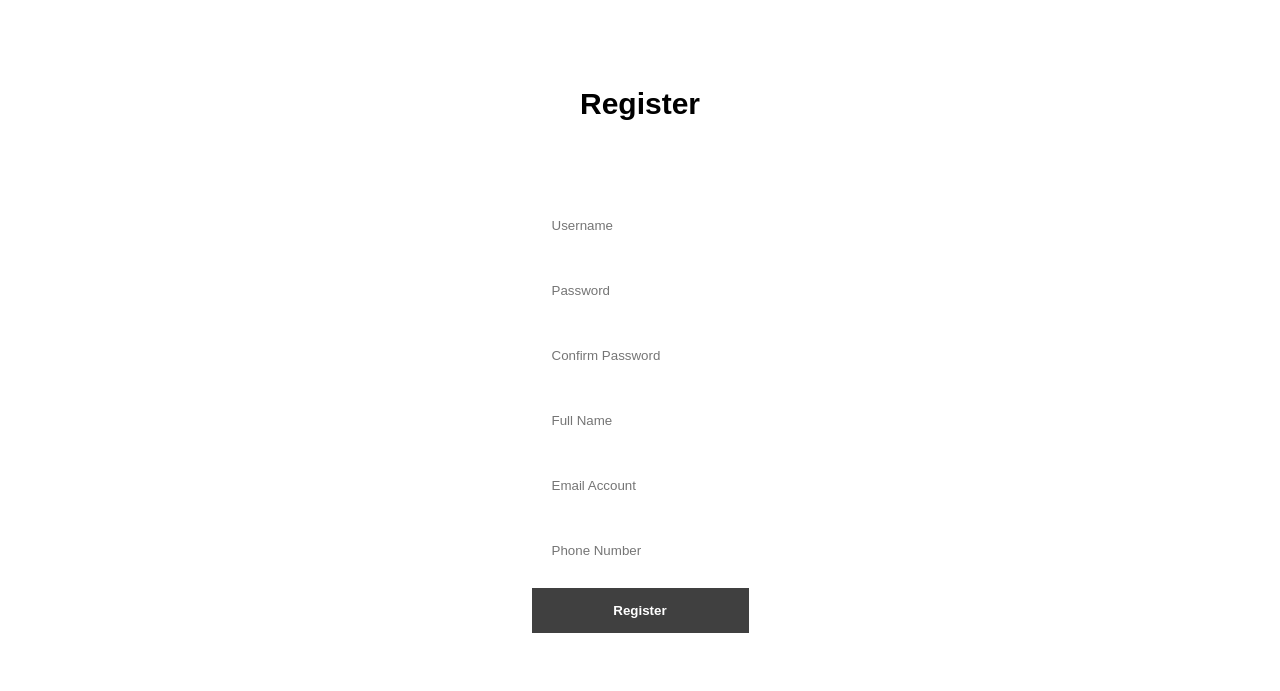
Repository: kritikakittu06/Ecommerce
Page: http://localhost/PixlePrinter/pages/AddAdmin.jsp
The author's editor kept a copy of each file at every save. The page is drawn from the files as they stood at one save, then again after the next save.
The browser window is 1280 px wide. The pictures show the whole page.
Some web fonts or font styles are not loaded; a fallback is used. The page is served by Tomcat 9. Other server files are loaded and not shown.

Above is the page before, as saved 2024-04-14 16:04:14.

### PixlePrinter/src/main/webapp/pages/AddAdmin.jsp
<%@ page language="java" contentType="text/html; charset=UTF-8"
	pageEncoding="UTF-8"%>
<%@ page import="utilities.Utilities"%>
<!DOCTYPE html>
<html>
<head>
<meta charset="UTF-8">
<meta http-equiv="X-UA-Compatible" content="IE=edge" />
<meta name="viewport" content="width=device-width, initial-scale=1.0" />
<link rel="stylesheet"
	href="${pageContext.request.contextPath}/css/Register.css">
<title>Add Admin</title>
</head>
<body>
	<form method="post"
		action="${pageContext.request.contextPath}/AdminRegister">
		<h2 class="register">Register</h2>
		<p id="passwordError"></p>
		<input type="text" placeholder="Username" autocomplete="username"
			name="user_name"> <input type="password" minlength="8"
			id="password" placeholder="Password" autocomplete="new-password"
			oninput="checkPasswords()" name="password"> <input
			type="password" minlength="8" id="confirmPassword"
			placeholder="Confirm Password" oninput="checkPasswords()"> <input
			type="text" id="fullName" placeholder="Full Name" name="full_name">
		<input type="email" id="email" placeholder="Email Account"
			name="email"> <input type="text" id="accounttype"
			value="Admin" name="account_type" hidden> <input type="tel"
			id="phoneNumber" placeholder="Phone Number" name="phone_Num">
		<button class="tombol-register" type="submit" id="registerButton"
			disabled>Register</button>
	</form>
</body>
</html>

### PixlePrinter/src/main/webapp/css/Register.css
@charset "UTF-8";
@import url('https://fonts.googleapis.com/css2?family=Plus+Jakarta+Sans:ital,wght@0,200;0,700;1,200&display=swap');

body {
    margin: 0;
    padding: 0;
    display: flex;
    justify-content: center;
    align-items: center;
    min-height: 100vh;
    font-family: 'Plus Jakarta Sans', sans-serif;
    background-size: cover;
    background-position: center;
}

.container {
    display: flex;
    justify-content: center;
    align-items: center;
    height: 100%;
}

.card {
    width: 450px;
    background-color: rgba(255, 255, 255, 0.8);
    backdrop-filter: blur(10px);
    padding: 20px;
    border-radius: 8px;
    border: 2px solid;
    overflow: hidden;
    align-items: center;
    justify-content: center;
}

h2 {
    text-align: center;
    font-weight: 600;
    font-size: 30px;
    margin-top: 0;
}

form {
    display: flex;
    flex-direction: column;
    gap: 10px;
}

input {
    padding: 20px;
    border: none;
    border-radius: 5px;
    background-color: rgba(255, 255, 255, 0.5);
    color: #000000;
    transition: all 250ms;
}

input:focus {
    outline: none;
    background-color: rgba(238, 238, 238, 0.8);
}

.card form a, .tombol-register {
    padding: 15px 20px;
    background-color: rgba(17, 17, 17, 0.8);
    cursor: pointer;
    color: #ffffff;
    text-align: center;
    text-decoration: none;
    font-weight: 600;
    border: none;
    outline: none;
}

.tombol-register:hover,
a:hover {
    background-color: rgba(54, 54, 54, 0.8);
}

.switch a {
    cursor: pointer;
    color: rgb(0, 47, 255);
    text-align: center;
    text-decoration: none;
    font-weight: 600;
}

.switch {
    display: flex;
    justify-content: center;
    align-items: center;
    gap: 10px;
    margin-top: 10px;
}

@media (max-width: 575px) {
    .card {
        width: 100%;
        max-width: 300px;
    }
}

### PixlePrinter/src/main/webapp/js/Register.js
function checkForm() {
    var password = document.getElementById('password').value;
    var confirmPassword = document.getElementById('confirmPassword').value;
    var fullName = document.getElementById('fullName').value;
    var phoneNumber = document.getElementById('phoneNumber').value;
    var errorElement = document.getElementById('passwordError');
    var registerButton = document.getElementById('registerButton');

    if (password !== confirmPassword) {
        errorElement.textContent = 'Password dont match';
        errorElement.style.textAlign= 'center';
        errorElement.style.backgroundColor= 'red';
        errorElement.style.padding= '10px';
        errorElement.style.color= '#fff';
        disableButton();
        return;
    } else if(password.length && confirmPassword.length) {
        errorElement.textContent = 'Form is ready!';
        errorElement.style.textAlign= 'center';
        errorElement.style.backgroundColor= 'green';
        errorElement.style.padding= '10px';
        errorElement.style.color= '#fff';
    }

    if (fullName.trim() === '' || phoneNumber.trim() === '') {
        errorElement.textContent = 'complete the form';
        errorElement.style.textAlign= 'center';
        errorElement.style.fontWeight= '600';
        errorElement.style.backgroundColor= 'red';
        errorElement.style.padding= '10px';
        errorElement.style.color= '#fff';
        disableButton();
        return;
    }

    enableButton();
}

function disableButton() {
    var registerButton = document.getElementById('registerButton');
    registerButton.disabled = true;
}

function enableButton() {
    var registerButton = document.getElementById('registerButton');
    registerButton.disabled = false;
}

function redirectToLogin() {
    window.location.href = '#';
}

// Call checkForm on input events
document.getElementById('password').addEventListener('input', checkForm);
document.getElementById('confirmPassword').addEventListener('input', checkForm);
document.getElementById('fullName').addEventListener('input', checkForm);
document.getElementById('phoneNumber').addEventListener('input', checkForm);

// Call checkForm on page load to handle initial state
document.addEventListener('DOMContentLoaded', checkForm);

After the next save:
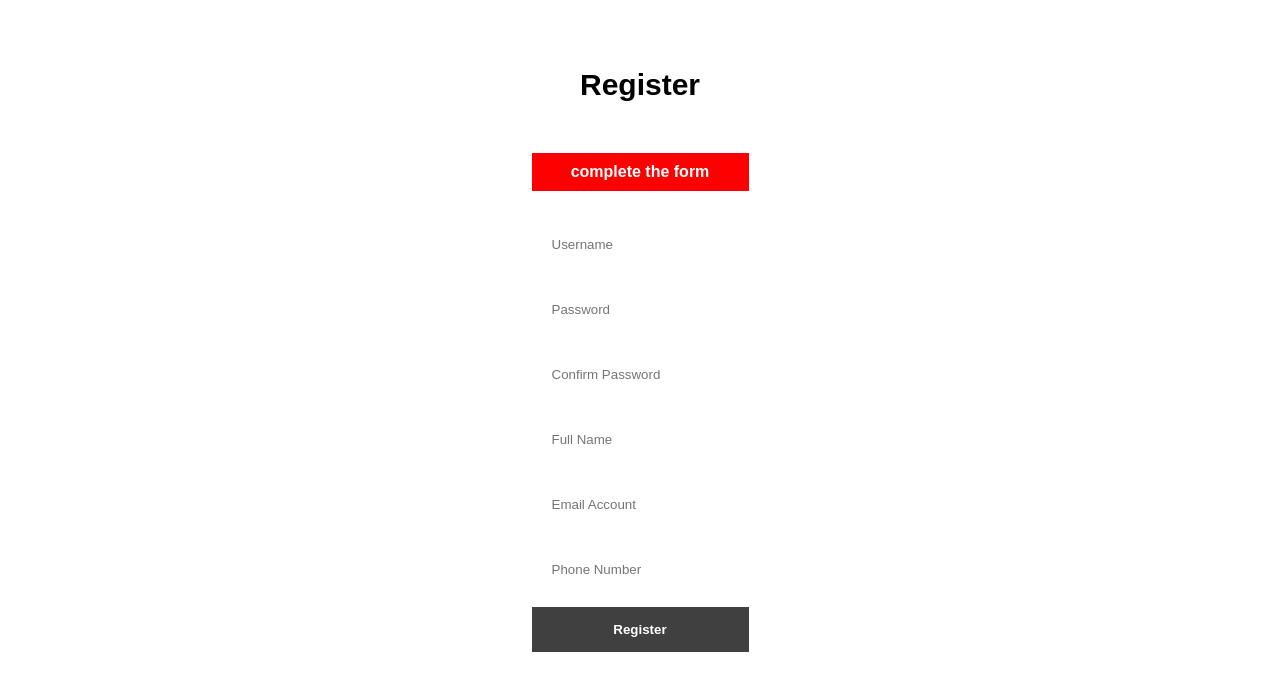
Saved 58 s later.
--- a/PixlePrinter/src/main/webapp/pages/AddAdmin.jsp
+++ b/PixlePrinter/src/main/webapp/pages/AddAdmin.jsp
@@ -31,4 +31,5 @@
 			disabled>Register</button>
 	</form>
 </body>
+<script src="${pageContext.request.contextPath}/js/Register.js"></script>
 </html>
